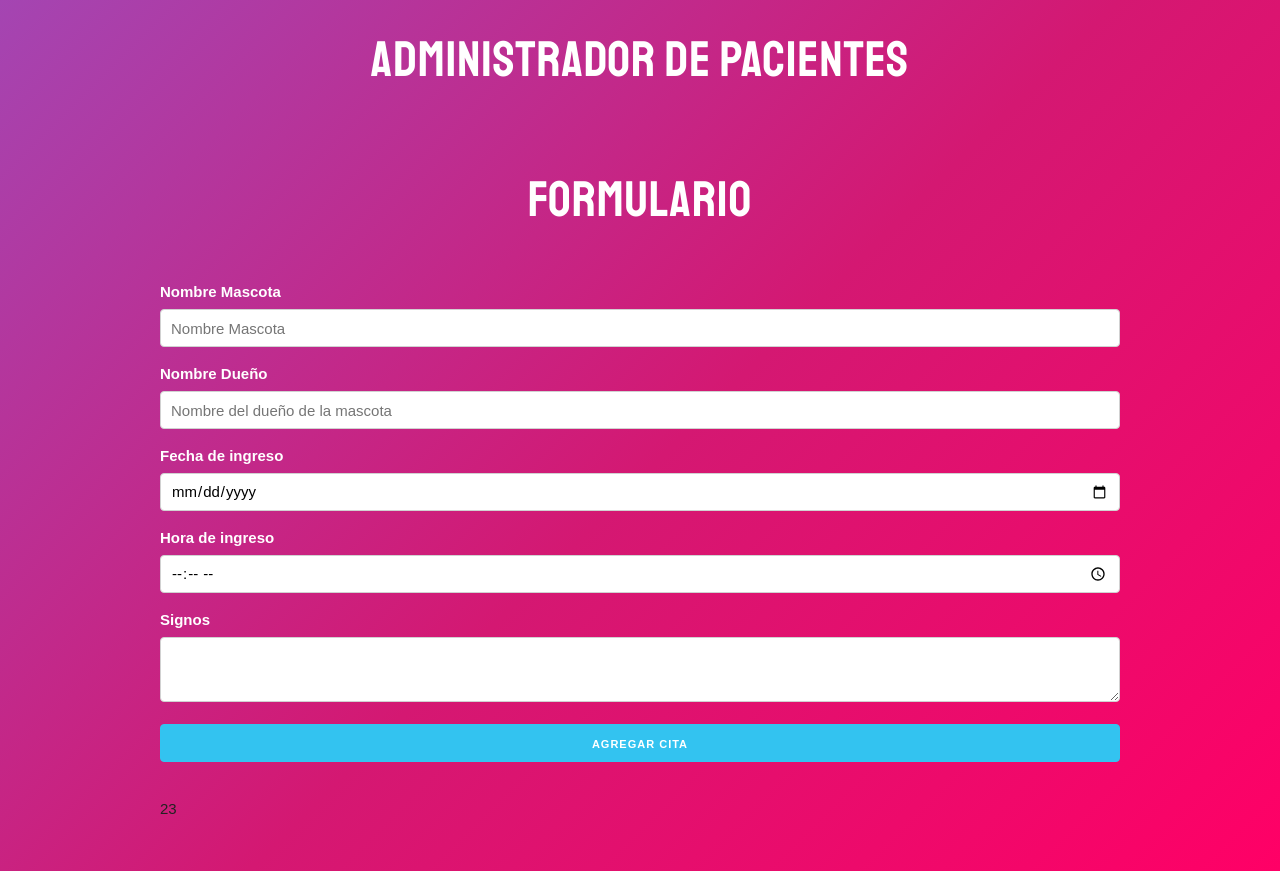
Repository: leonmezu1/react-jdlt
Page: /
The author's editor kept a copy of each file at every save. The page is drawn from the files as they stood at one save, then again after the next save.
The browser window is 1280 px wide. The pictures show the whole page.
The project was rebuilt for these pictures with package versions that can differ from the ones it lists, and the page was loaded fresh each time.

Above is the page before, as saved 2020-10-05 09:04:57.

### src/App.js
import React, { Fragment } from 'react';
import Formulario from './components/Formulario'

function App() {
  return (
    <Fragment>
      <h1>Administrador de pacientes</h1>
      <div className ="container">
        <div className="row">
          <div className="one-half-column">
            <Formulario />
          </div>
          <div className="one-half-column">
            23
          </div>
        </div>
      </div>
    </Fragment>
  );
}

export default App;

### src/components/Formulario.js
import React, { Fragment } from 'react'

export default class Formulario extends React.Component {
  constructor(props){
    super(props)
    this.state = {}
  }

  render() {
    return (
      <Fragment>
        <h1>Formulario</h1>
        <form>
          <label>Nombre Mascota</label>
          <input
            type="text"
            name="mascota"
            className="u-full-width"
            placeholder="Nombre Mascota"
          />
          <label>Nombre Dueño</label>
          <input
            type="text"
            name="propietario"
            className="u-full-width"
            placeholder="Nombre del dueño de la mascota"
          />
          <label>Fecha de ingreso</label>
          <input
            type="date"
            name="fecha"
            className="u-full-width"
          />
          <label>Hora de ingreso</label>
          <input
            type="time"
            name="hora"
            className="u-full-width"
          />
          <label>Signos</label>
          <textarea className="u-full-width" name="sintomas"></textarea>
          <button type="submit" className="u-full-width button-primary">Agregar cita</button>
        </form>
      </Fragment>
    );
  }
}

Loaded but not shown: public/index.html (common file); src/index.js (common file); src/index.css (common file); src/serviceWorker.js (common file)

After the next save:
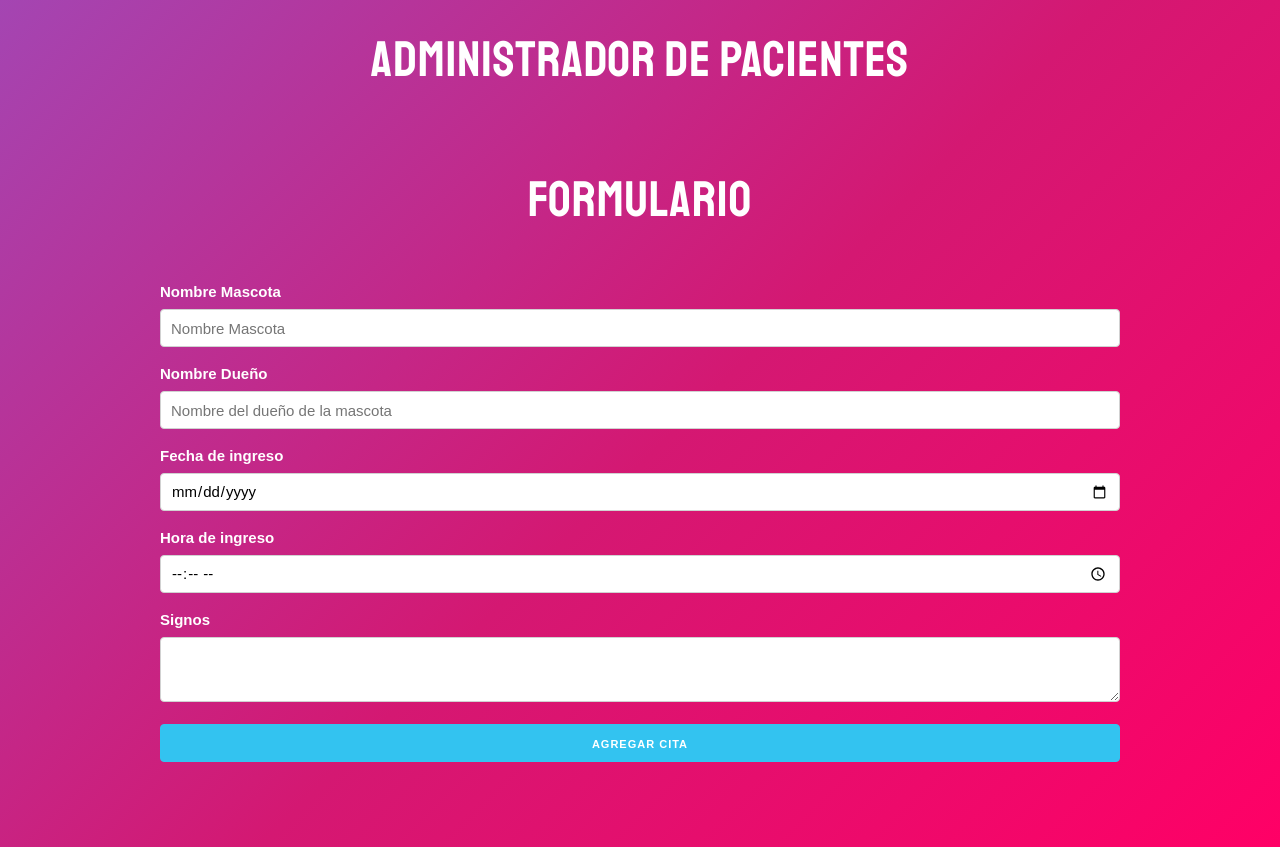
Saved 53 s later.
--- a/src/App.js
+++ b/src/App.js
@@ -11,7 +11,7 @@ function App() {
             <Formulario />
           </div>
           <div className="one-half-column">
-            23
+
           </div>
         </div>
       </div>
